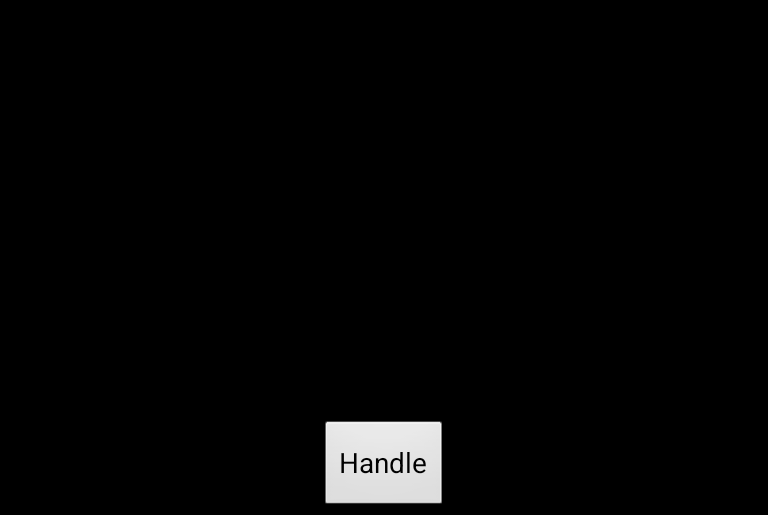
Repository: declanshanaghy/JabberBot
Layout: PhonicCtrl/PhonicAndroid/res/layout/phonic.xml
These files come from the project's save history. The layout is drawn as it stood at one moment and after a run of saves; the edit follows.
The pictures show rows 765 to 1280 of an output 1280 px tall.
It is drawn on a 768 x 1280 px phone screen (xhdpi) without system bars, with theme android:Theme; the app's code is not run.

Above is the layout before, as saved 2011-03-24 05:07:30.

### PhonicCtrl/PhonicAndroid/res/layout/phonic.xml
<FrameLayout android:id="@+id/frameLayout1"
	android:layout_width="fill_parent" android:layout_height="fill_parent"
	xmlns:android="http://schemas.android.com/apk/res/android">

	<LinearLayout android:id="@+id/linearLayout1"
		android:orientation="horizontal" android:layout_width="fill_parent"
		android:layout_height="fill_parent" android:gravity="center"
		android:layout_marginBottom="50dip">

		<com.MobileAnarchy.Android.Widgets.Joystick.JoystickView
			android:id="@+id/jvDrive" android:layout_width="175dip"
			android:layout_height="175dip"/>

		<LinearLayout android:id="@+id/linearLayout2"
			android:orientation="vertical" android:gravity="center"
			android:layout_height="wrap_content" android:layout_width="wrap_content">
			<Button android:text="Button" android:id="@+id/button1"
				android:layout_width="wrap_content" android:layout_height="wrap_content"></Button>
		</LinearLayout>

		<com.MobileAnarchy.Android.Widgets.Joystick.JoystickView
			android:id="@+id/jvLook" android:layout_width="175dip"
			android:layout_height="175dip"/>
	</LinearLayout>

	<SlidingDrawer android:id="@+id/vDrawer"
		android:layout_width="match_parent" android:layout_height="match_parent"
		android:handle="@+id/handle" android:content="@+id/content"
		android:layout_alignParentLeft="true">
		<LinearLayout android:layout_width="match_parent"
			android:layout_height="match_parent" android:id="@+id/content">
			<Button android:layout_height="wrap_content" android:text="Handle"
				android:layout_width="wrap_content" android:id="@+id/handle"></Button>
		</LinearLayout>
	</SlidingDrawer>

</FrameLayout>

After the next 2 saves:
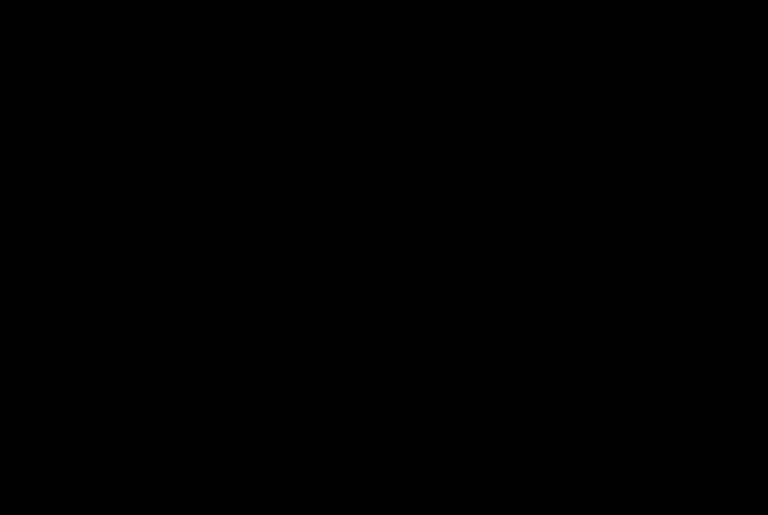
The 2 saves are shown as one change because 1 did not build or start.
The last was saved 92 s later.
--- a/PhonicCtrl/PhonicAndroid/res/layout/phonic.xml
+++ b/PhonicCtrl/PhonicAndroid/res/layout/phonic.xml
@@ -23,15 +23,4 @@
 			android:layout_height="175dip"/>
 	</LinearLayout>
 
-	<SlidingDrawer android:id="@+id/vDrawer"
-		android:layout_width="match_parent" android:layout_height="match_parent"
-		android:handle="@+id/handle" android:content="@+id/content"
-		android:layout_alignParentLeft="true">
-		<LinearLayout android:layout_width="match_parent"
-			android:layout_height="match_parent" android:id="@+id/content">
-			<Button android:layout_height="wrap_content" android:text="Handle"
-				android:layout_width="wrap_content" android:id="@+id/handle"></Button>
-		</LinearLayout>
-	</SlidingDrawer>
-
 </FrameLayout>

After the save that followed:
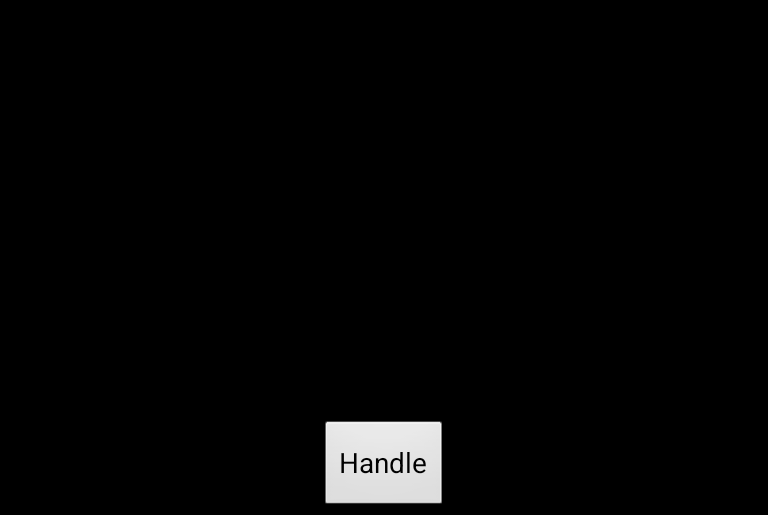
Saved 31 s later.
--- a/PhonicCtrl/PhonicAndroid/res/layout/phonic.xml
+++ b/PhonicCtrl/PhonicAndroid/res/layout/phonic.xml
@@ -9,7 +9,7 @@
 
 		<com.MobileAnarchy.Android.Widgets.Joystick.JoystickView
 			android:id="@+id/jvDrive" android:layout_width="175dip"
-			android:layout_height="175dip"/>
+			android:layout_height="175dip" />
 
 		<LinearLayout android:id="@+id/linearLayout2"
 			android:orientation="vertical" android:gravity="center"
@@ -20,7 +20,15 @@
 
 		<com.MobileAnarchy.Android.Widgets.Joystick.JoystickView
 			android:id="@+id/jvLook" android:layout_width="175dip"
-			android:layout_height="175dip"/>
+			android:layout_height="175dip" />
 	</LinearLayout>
+	<SlidingDrawer android:layout_width="match_parent"
+		android:id="@+id/slidingDrawer1" android:layout_height="match_parent"
+		android:handle="@+id/handle" android:content="@+id/content">
+		<Button android:layout_height="wrap_content"
+			android:layout_width="wrap_content" android:text="Handle" android:id="@+id/handle"></Button>
+		<LinearLayout android:id="@+id/content"
+			android:layout_width="match_parent" android:layout_height="match_parent"></LinearLayout>
+	</SlidingDrawer>
 
 </FrameLayout>
